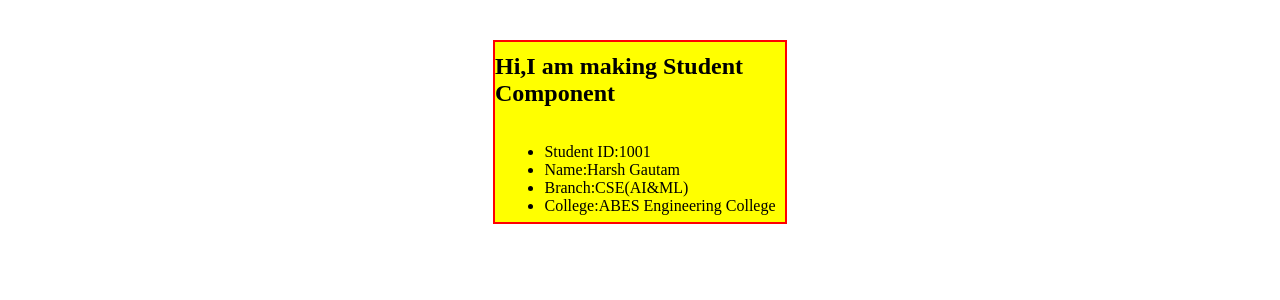
Repository: ashurauza/FSD_Sem5
Page: / (app in FSD_Sem5/CSS/ReactRevisionDOM/)
An editor plug-in stored every save of this project. The page is shown before and after a run of saves, followed by the edit.
The browser window is 1280 px wide. The pictures show the whole page.
The project was rebuilt for these pictures with package versions that can differ from the ones it lists, and the page was loaded fresh each time.

Above is the page before, as saved 2025-10-29 15:32:18.

After the next 2 saves:
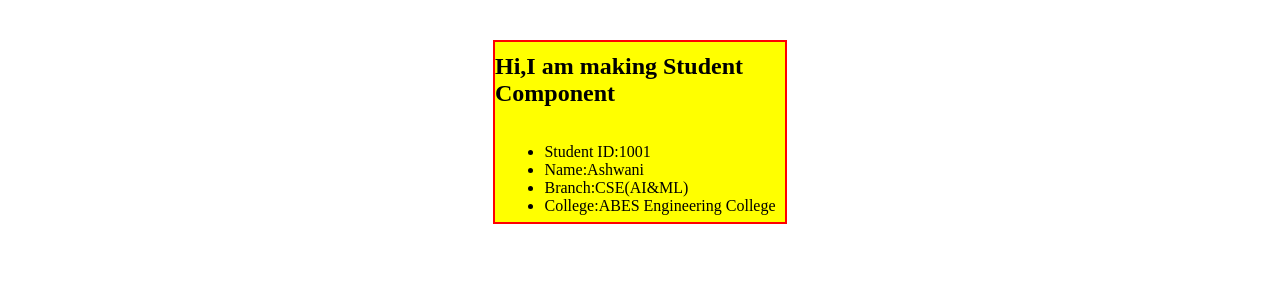
The 2 saves are shown as one change because they came seconds apart.
The last was saved 34 s later.
--- a/FSD_Sem5/CSS/ReactRevisionDOM/student.jsx
+++ b/FSD_Sem5/CSS/ReactRevisionDOM/student.jsx
@@ -9,7 +9,7 @@
     Hi,I am making Student Component
 </h2>
 const li11=<li>Student ID:1001</li>
-const li22=<li>Name:Harsh Gautam</li>
+const li22=<li>Name:Ashwani </li>
 const li33=<li>Branch:CSE(AI&ML)</li>
 const li44=<li>College:ABES Engineering College</li>
 const ul1=<ul>{[li11,li22,li33,li44]}</ul>
